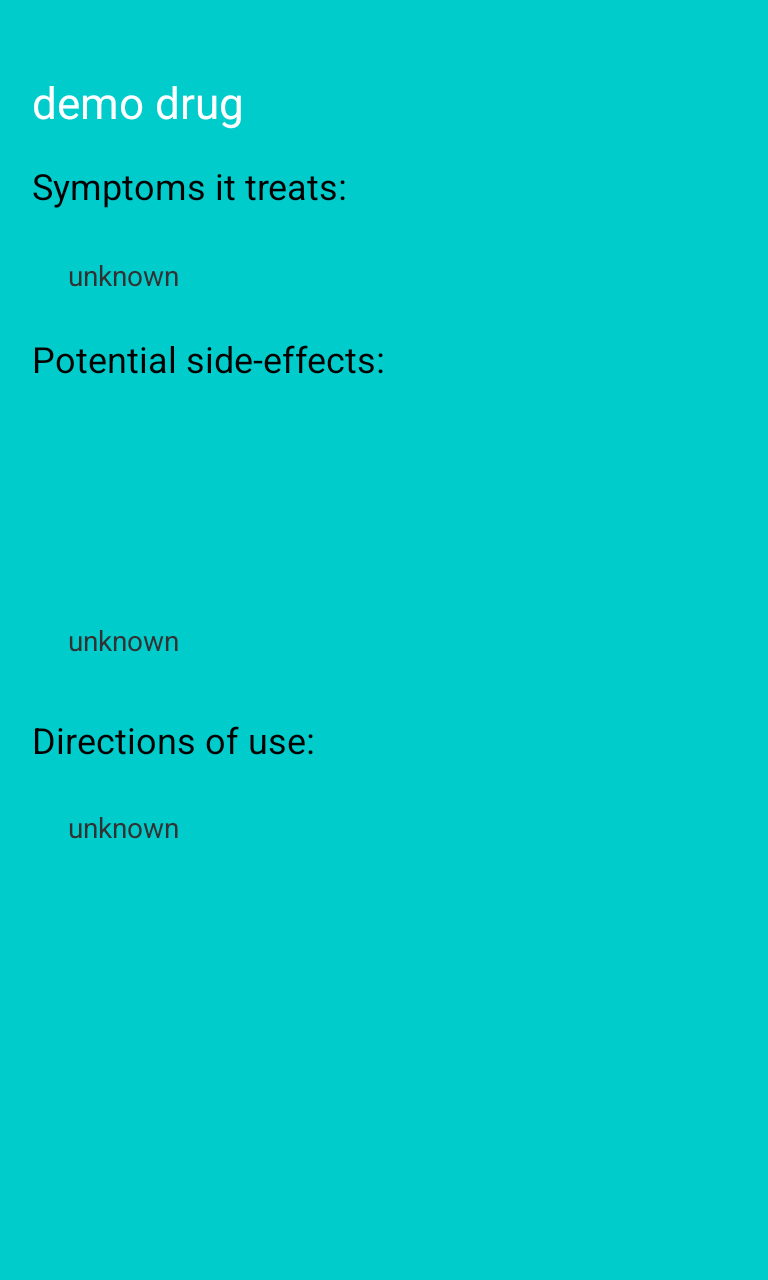
Repository: rosingrr/EECE-Andriod-APP-SympMeds
Layout: app/SympMeds/res/layout/activity_drug_info.xml
The author's editor kept a copy of each file at every save. The layout is drawn from the files as they stood at one save, then again after the next save.
It is drawn on a 768 x 1280 px phone screen (xhdpi) without system bars, with theme AppTheme; the app's code is not run.

Above is the layout before, as saved 2013-07-18 14:08:26.

After the next save:
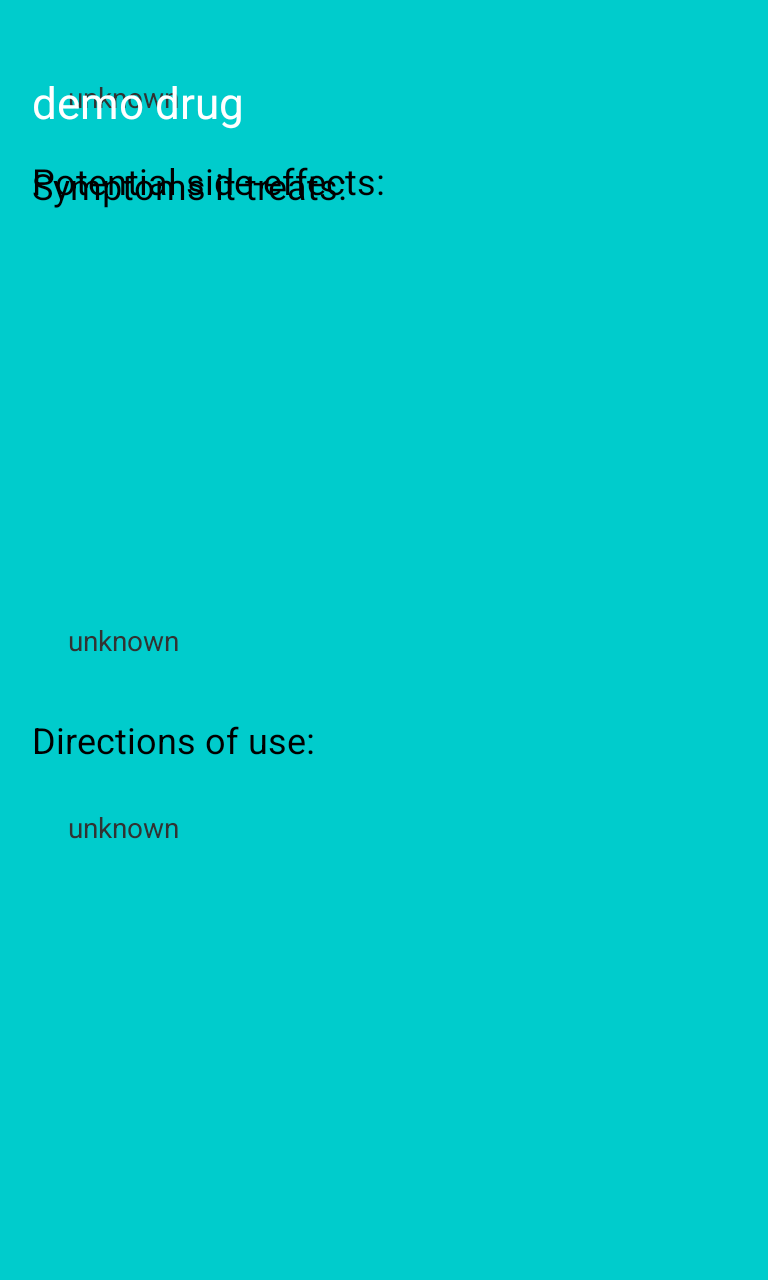
Saved 23 s later.
--- a/app/SympMeds/res/layout/activity_drug_info.xml
+++ b/app/SympMeds/res/layout/activity_drug_info.xml
@@ -20,7 +20,7 @@
         android:textAppearance="?android:attr/textAppearanceMedium" />
 
     <TextView
-        android:id="@+id/textView2"
+        android:id="@+id/sympLabel_textView"
         android:layout_width="wrap_content"
         android:layout_height="wrap_content"
         android:layout_alignParentLeft="true"

After the save that followed:
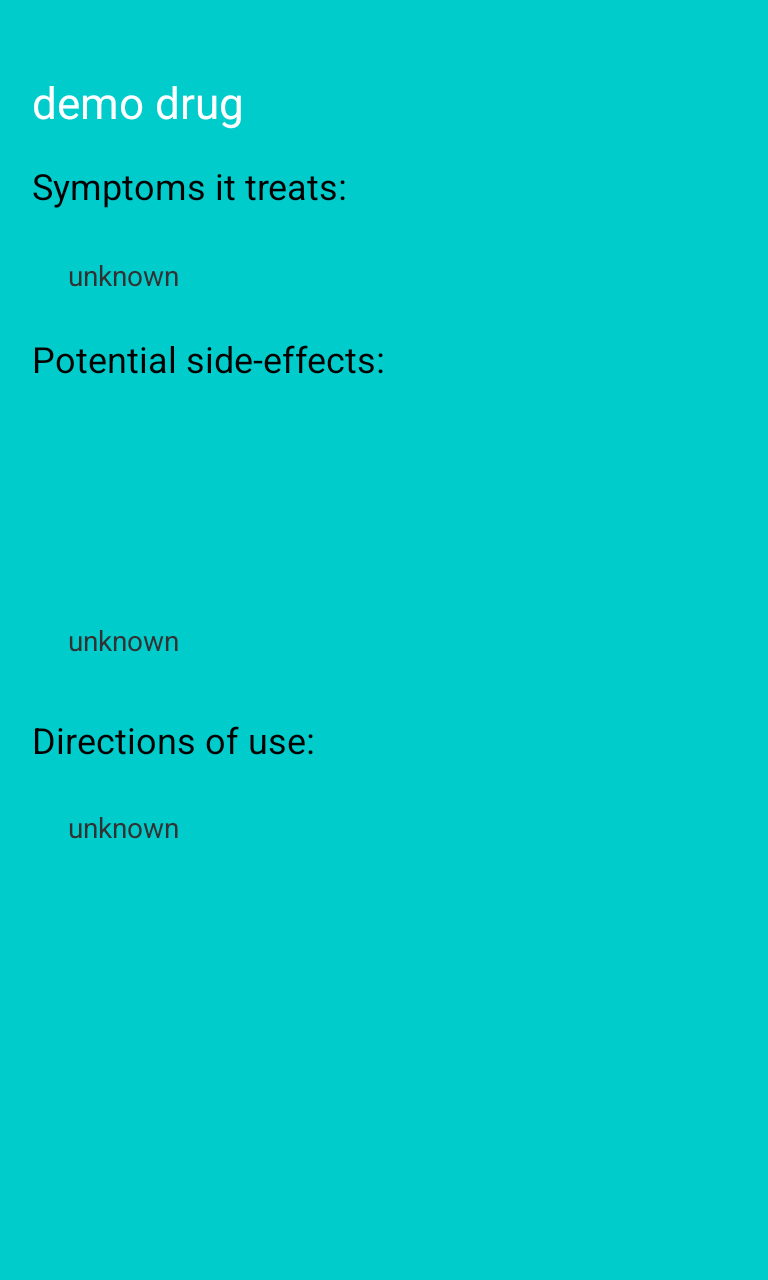
Saved 35 s later.
--- a/app/SympMeds/res/layout/activity_drug_info.xml
+++ b/app/SympMeds/res/layout/activity_drug_info.xml
@@ -33,7 +33,7 @@
         android:id="@+id/textView4"
         android:layout_width="wrap_content"
         android:layout_height="wrap_content"
-        android:layout_alignLeft="@+id/textView2"
+        android:layout_alignLeft="@+id/sympLabel_textView"
         android:layout_below="@+id/textView3"
         android:layout_marginTop="20dp"
         android:text="@string/problems"
@@ -44,7 +44,7 @@
         android:layout_width="wrap_content"
         android:layout_height="wrap_content"
         android:layout_alignLeft="@+id/textView4"
-        android:layout_below="@+id/textView2"
+        android:layout_below="@+id/sympLabel_textView"
         android:layout_marginLeft="18dp"
         android:layout_marginTop="23dp"
         android:text="@string/unknown"
@@ -73,7 +73,7 @@
         android:id="@+id/drugName_textView"
         android:layout_width="wrap_content"
         android:layout_height="wrap_content"
-        android:layout_alignLeft="@+id/textView2"
+        android:layout_alignLeft="@+id/sympLabel_textView"
         android:layout_alignParentTop="true"
         android:layout_marginTop="20dp"
         android:text="@string/drug_name"
